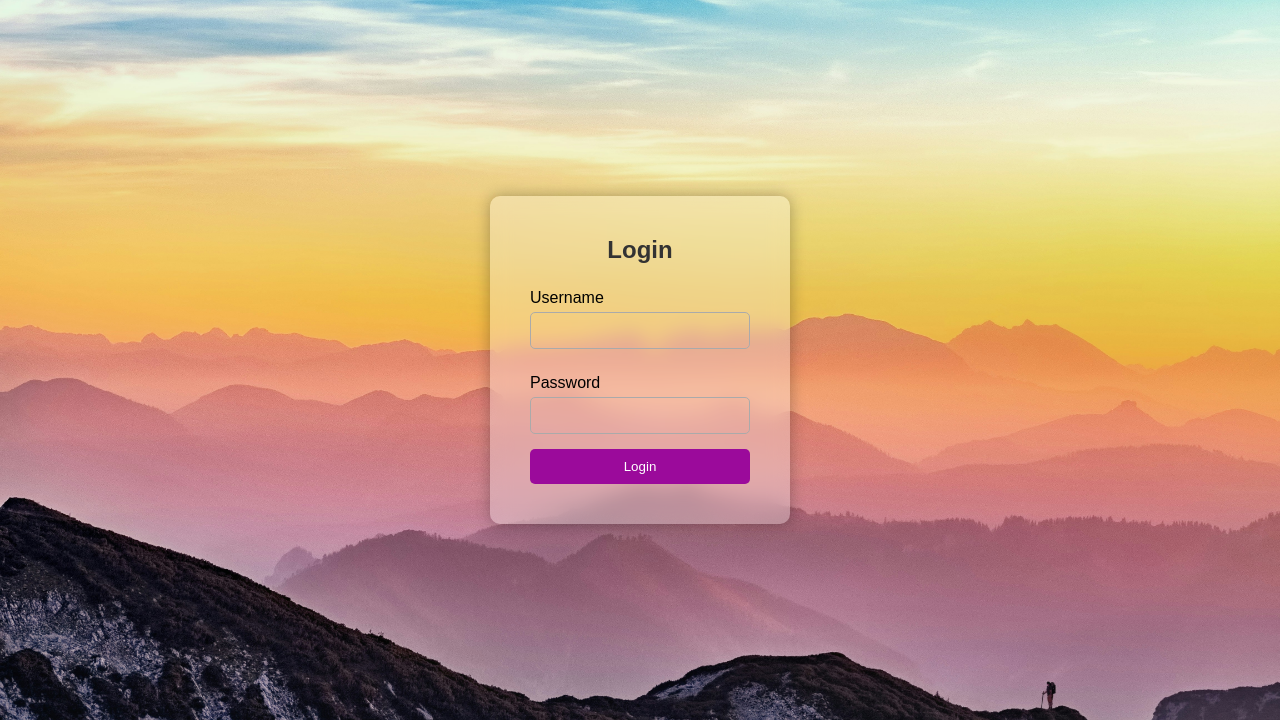
Repository: aboli-vyas/Servlet_Projects
Page: Sevlet_Project/src/main/webapp/Login.html
The author's editor kept a copy of each file at every save. The page is drawn from the files as they stood at one save, then again after the next save.
The browser window is 1280 px wide. The pictures show the whole page.

Above is the page before, as saved 2025-06-07 12:34:02.

### Sevlet_Project/src/main/webapp/Login.html
<!DOCTYPE html>
<html lang="en">
<head>
  <meta charset="UTF-8">
  <title>Login Form</title>
  <link rel="stylesheet" href="style2.css">
</head>
<body>
<form action="login" method="post">
  <div class="login-container">
    <h2>Login</h2>
      <label for="username">Username</label>
      <input type="text" id="username" name="username" required>

      <label for="password">Password</label>
      <input type="password" id="password" name="password" required>

      <button type="submit">Login</button>

      <p class="error-message" id="error">Password Incorrect</p>
  </div>
    </form>
</body>
</html>

### Sevlet_Project/src/main/webapp/style2.css
* {
  box-sizing: border-box;
  margin: 0;
  padding: 0;
  font-family: Arial, sans-serif;
}

body {
  background: linear-gradient(to right, #6a11cb, #2575fc);
  height: 100vh;
  display: flex;
  justify-content: center;
  align-items: center;
  background-image: url("Images/bg2.jpg");
  background-size: cover;
  background-position: center;
  background-repeat: no-repeat;

}

.login-container {
  background-color: rgba(255, 255, 255, 0.3); /* semi-transparent */
  backdrop-filter: blur(10px); /* optional blur */
  padding: 40px;
  border-radius: 10px;
  width: 300px;
  box-shadow: 0 0 15px rgba(0,0,0,0.3);
}

.login-container h2 {
  text-align: center;
  margin-bottom: 25px;
  color: #333;
}

.login-container label {
  display: block;
  margin: 10px 0 5px;
  color: black;
}

.login-container input {
  width: 100%;
  padding: 10px;
  border: 1px solid #aaa;
  border-radius: 5px;
  margin-bottom: 15px;
  background-color: transparent;

}

.login-container button {
  width: 100%;
  padding: 10px;
  background-color: #9b0a9b ;
  color: white;
  border: none;
  border-radius: 5px;
  cursor: pointer;
}

.login-container button:hover {
  background-color: #1a5ed9;
}

.error-message {
  color: red;
  text-align: center;
  display: none;
}

After the next save:
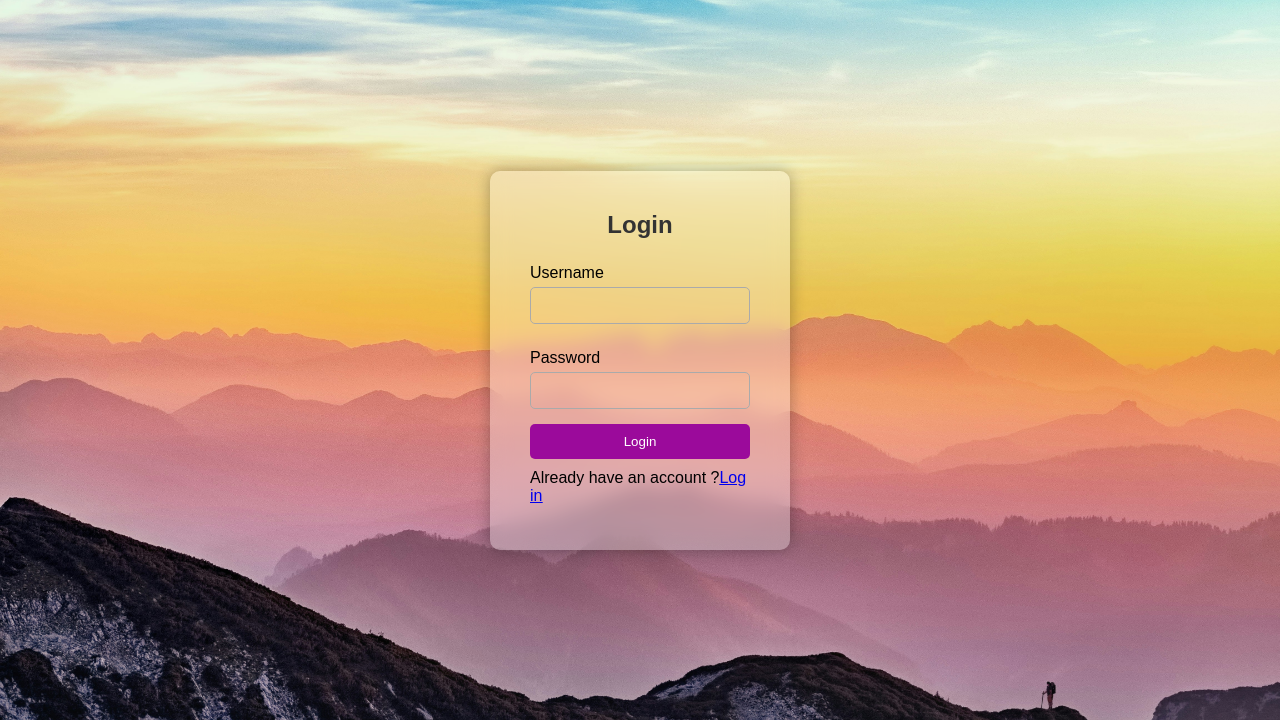
Saved 23 h 9 min later.
--- a/Sevlet_Project/src/main/webapp/Login.html
+++ b/Sevlet_Project/src/main/webapp/Login.html
@@ -18,6 +18,7 @@
       <button type="submit">Login</button>
 
       <p class="error-message" id="error">Password Incorrect</p>
+        <label class="sign">Already have an account ?<a href="user_login.jsp"><u>Log in</u></a></label>
   </div>
     </form>
 </body>
